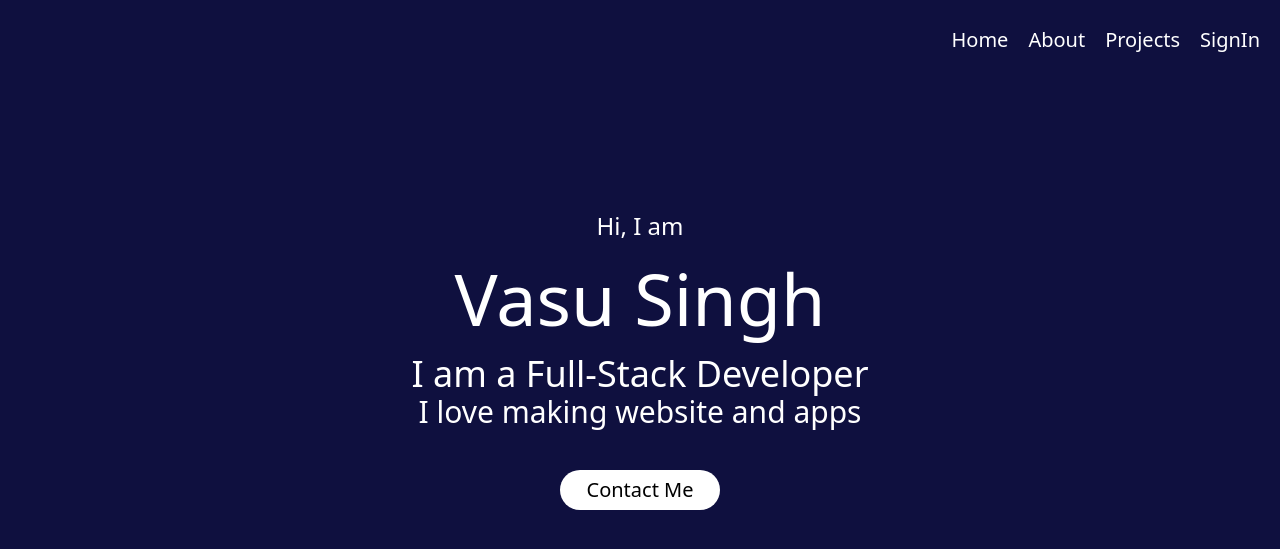
Repository: vasucp1207/vasuDev
Page: /
The author's editor kept a copy of each file at every save. The page is drawn from the files as they stood at one save, then again after a run of saves.
The browser window is 1280 px wide. The pictures show the whole page.
The project was rebuilt for these pictures with package versions that can differ from the ones it lists, and the page was loaded fresh each time. The framework's server and built-in components were replaced by stand-ins that run in the browser. Also part of the build but not shown: next.config.js.

Above is the page before, as saved 2022-07-17 23:24:03.

After the next 2 saves:
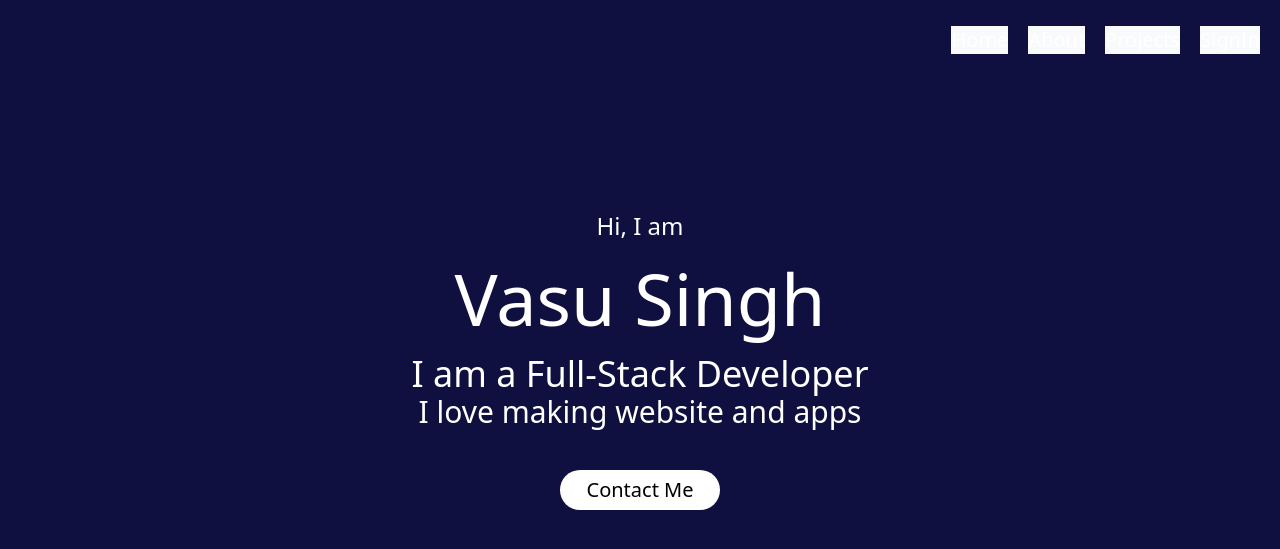
The 2 saves are shown as one change because they came seconds apart.
The last was saved 43 s later.
--- a/pages/Navbar.tsx
+++ b/pages/Navbar.tsx
@@ -2,8 +2,8 @@
 
 function Navbar() {
   return (
-    <div className='h-20 w-screen absolute bg-transparent flex justify-end items-center'>
-        <div className='flex space-x-5 text-xl font-normal mr-5 group'>
+    <div className='h-20 w-screen absolute bg-transparent flex justify-end items-center group'>
+        <div className='flex space-x-5 text-xl font-normal mr-5 '>
             <p className='group-hover:bg-gray-50'>Home</p>
             <p className='group-hover:bg-gray-50'>About</p>
             <p className='group-hover:bg-gray-50'>Projects</p>
